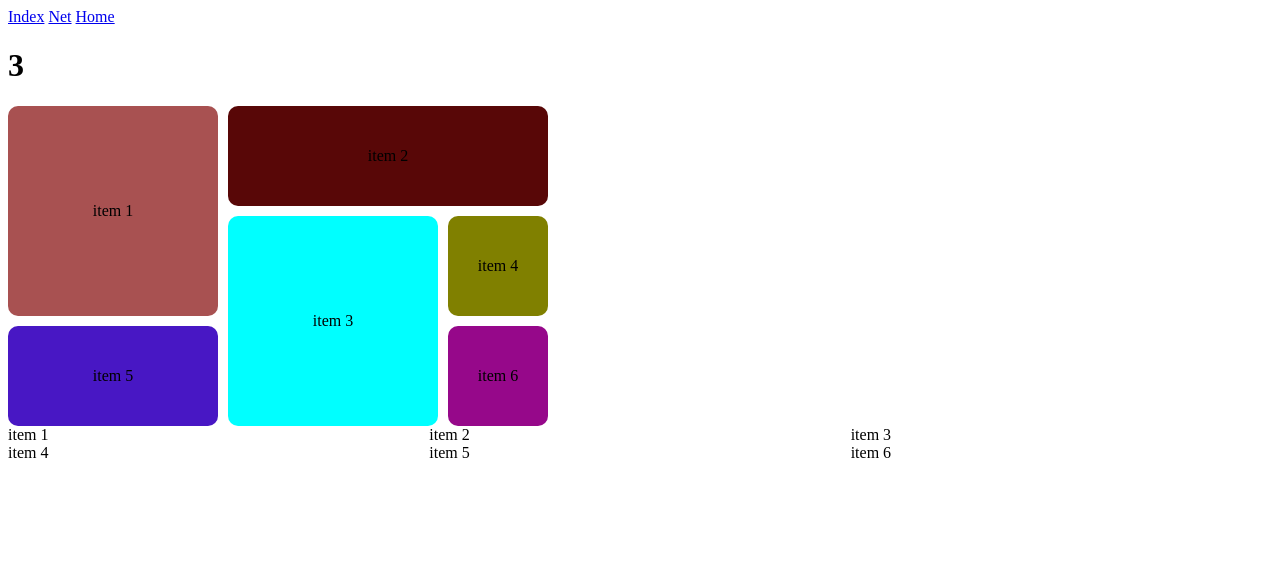
Repository: Nguyen-Toan-2004/du-an-test
Page: product.htm
The author's editor kept a copy of each file at every save. The page is drawn from the files as they stood at one save, then again after a run of saves.
The browser window is 1280 px wide. The pictures show the whole page.

Above is the page before, as saved 2025-10-22 21:37:03.

### product.htm
<!DOCTYPE html>
<html lang="en">
  <head>
    <meta charset="UTF-8" />
    <meta name="viewport" content="width=device-width, initial-scale=1.0" />
    <title>Product</title>
  </head>
  <body>
    <a href="index.html">Index</a>
    <a href="net.htm">Net</a>
    <a href="home.html">Home</a>
    <h1>3</h1>
    <style>
      .container {
        display: grid;
        grid-template-columns: repeat(5, 100px);
        grid-template-rows: repeat(3, 100px);
        gap: 10px;
      }
      .box {
        display: flex;
        justify-content: center;
        align-items: center;
        border-radius: 10px;
      }
      .box1 {
        background: #a85151;
        grid-row-start: 1;
        grid-row-end: 3;
        grid-column-start: 1;
        grid-column-end: 3;
      }
      .box2 {
        background: #580707;
        grid-column-start: 3;
        grid-column-end: 6;
      }
      .box3 {
        background: aqua;
        grid-row-start: 2;
        grid-row-end: 4;
        grid-column-start: 3;
        grid-column-end: 5;
      }
      .box4 {
        background: olive;
      }
      .box5 {
        background: #4817c4;
        grid-column-start: 1;
        grid-column-end: 3;
      }
      .box6 {
        background: #96088a;
      }
      .container1{
        display: grid;
        grid-template-areas:
        "1 1 1 "
        ;

      }
    </style>
    <div class="container">
      <div class="box box1">item 1</div>
      <div class="box box2">item 2</div>
      <div class="box box3">item 3</div>
      <div class="box box4">item 4</div>
      <div class="box box5">item 5</div>
      <div class="box box6">item 6</div>
    </div>
    <div class="container1">
      <div class="block block1">item 1</div>
      <div class="block block2">item 2</div>
      <div class="block block3">item 3</div>
      <div class="block block4">item 4</div>
      <div class="block block5">item 5</div>
      <div class="block block6">item 6</div>
    </div>
  </body>
</html>

After the next 4 saves:
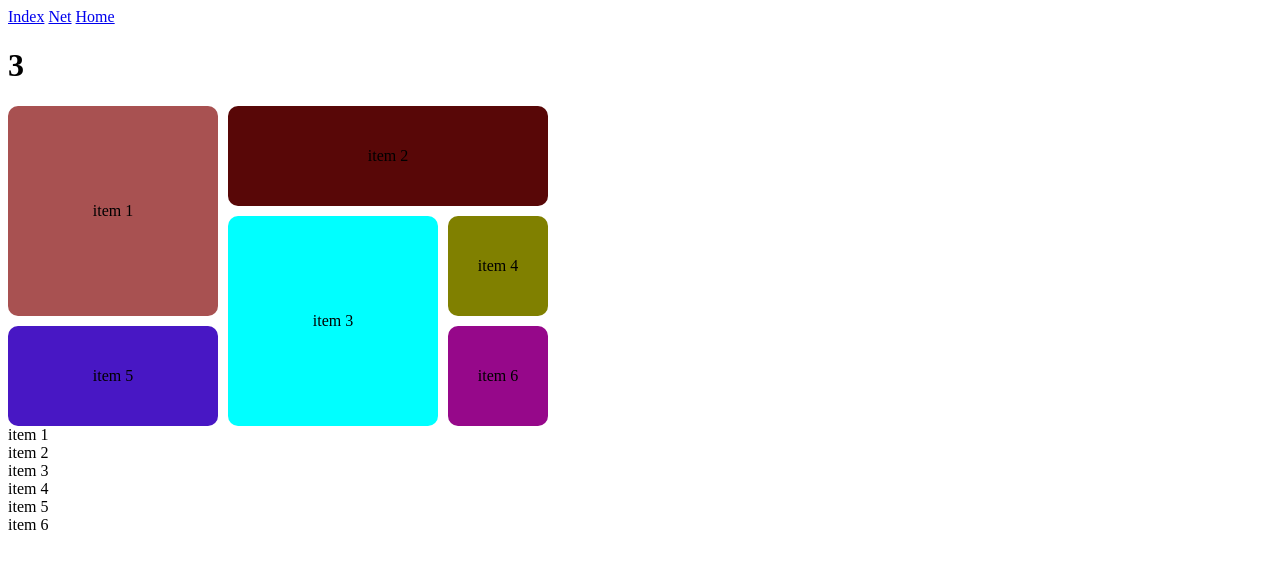
The 4 saves are shown as one change because they came seconds apart.
The last was saved 8 s later.
--- a/product.htm
+++ b/product.htm
@@ -56,7 +56,8 @@
       .container1{
         display: grid;
         grid-template-areas:
-        "1 1 1 "
+        "1 1 1 1 1"
+        ""
         ;
 
       }
